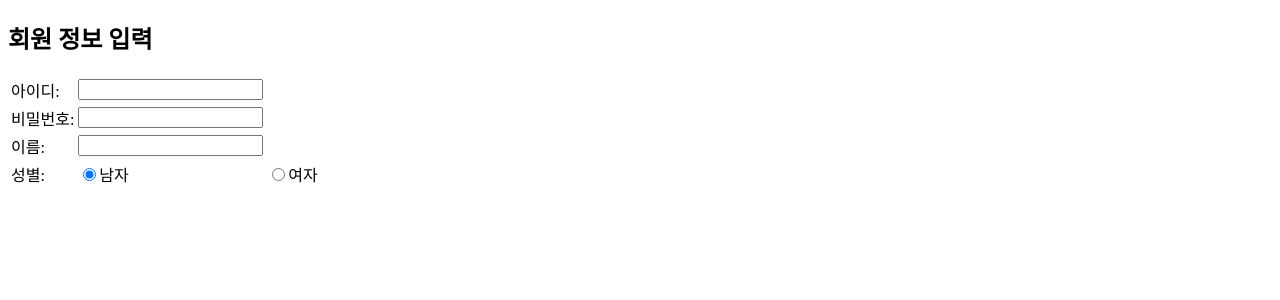
Repository: seminocoe/JSP_STUDY
Page: http://localhost/ServletProject/template/join.jsp
These files come from the project's save history. The page is drawn as it stood at one moment and after the next save; the edit follows.
The browser window is 1280 px wide. The pictures show the whole page.
The page is served by Tomcat 9. Nobody is signed in. The application's start-up code is not run.

Above is the page before, as saved 2022-08-08 04:52:18.

After the next save:
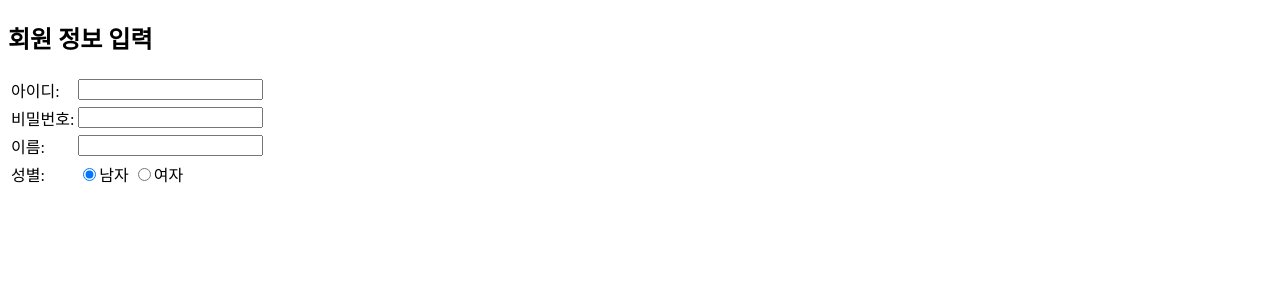
Saved 30 s later.
--- a/ServletProject/src/main/webapp/template/join.jsp
+++ b/ServletProject/src/main/webapp/template/join.jsp
@@ -28,8 +28,9 @@
 
 	<tr>
 		<td><label for="gender">성별:</label></td>
-		<td><input type="radio" name="gender" id="gender" value="1" checked="checked">남자</td>
-		<td><input type="radio" name="gender" id="gender" value="2">여자</td>
+		<td>
+		<input type="radio" name="gender" id="gender" value="1" checked="checked">남자
+		<input type="radio" name="gender" id="gender" value="2">여자</td>
 	</tr>
 </table>
 </form>
